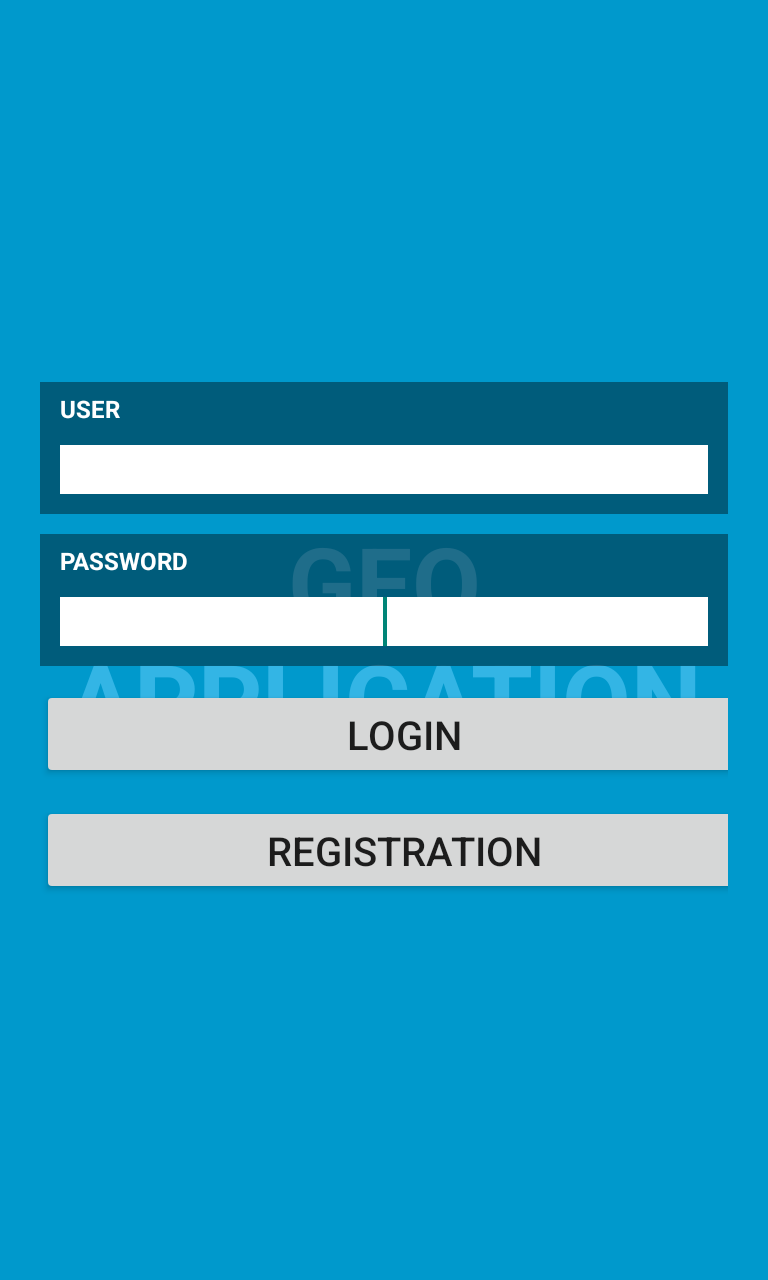
Repository: sebastianR1001/GeoApplication
Layout: GeoApplication/res/layout/login_fullscreen.xml
An editor plug-in stored every save of this project. The layout is shown before and after the next save, followed by the edit.
It is drawn on a 768 x 1280 px phone screen (xhdpi) without system bars, with theme AppTheme; the app's code is not run.

Above is the layout before, as saved 2014-10-31 21:31:56.

### GeoApplication/res/layout/login_fullscreen.xml
<FrameLayout xmlns:android="http://schemas.android.com/apk/res/android"
    xmlns:tools="http://schemas.android.com/tools"
    android:layout_width="match_parent"
    android:layout_height="match_parent"
    android:background="#0099cc"
    tools:context="geo.geoapplication.LoginActivity" >

   <TextView
        android:layout_width="match_parent"
        android:layout_height="match_parent"
        android:gravity="center"
        android:keepScreenOn="true"
        android:text="@string/geo_application"
        android:textColor="#33b5e5"
        android:textSize="50sp"
        android:textStyle="bold" />


   <TableLayout
        android:layout_width="wrap_content"
        android:layout_height="wrap_content"
        android:layout_gravity="center"
        android:orientation="vertical"
        android:layout_marginLeft="10dp"
        android:layout_marginRight="10dp"  >

        <TableRow
            android:id="@+id/tableRow1"
            android:layout_width="wrap_content"
            android:layout_height="wrap_content"
            >
            <LinearLayout
		        android:id="@+id/userLayout"
		        style="?metaButtonBarStyle"
		        android:layout_width="wrap_content"
		        android:layout_height="wrap_content"
		        android:layout_weight="5"
		        android:layout_marginLeft="10dp"
		        android:layout_marginRight="10dp"
		        android:background="@color/black_overlay"
		        android:orientation="vertical"
		        tools:ignore="UselessParent" >

			    <TextView
			        android:layout_width="match_parent"
			        android:layout_height="match_parent"
			        android:layout_marginTop="5dp"
			        android:layout_marginLeft="10dp"
			        android:text="@string/userText"
			        android:id="@+id/userText"
			        android:textColor="#ffffff"
			        android:textSize="12sp"
			        android:textStyle="bold" />

			    <EditText
			       android:id="@+id/userValue"
			       android:layout_width="match_parent"
			       android:layout_height="wrap_content"
			       android:gravity="center"
			       android:background="@color/white_overlay"
			       android:layout_marginRight="10dp"
		           android:layout_marginLeft="10dp"
			       android:layout_marginTop="10dp"
			       android:layout_marginBottom="10dp"
			       android:textColor="#000000"
			       android:ems="20" >

       				<requestFocus />
   				</EditText>
	        </LinearLayout>
        </TableRow>

        <TableRow
            android:id="@+id/tableRow2"
            android:layout_width="wrap_content"
            android:layout_height="wrap_content"
            android:layout_marginTop="10dp"
            >
            <LinearLayout
		        android:id="@+id/passwordLayout"
		        style="?metaButtonBarStyle"
		        android:layout_width="wrap_content"
		        android:layout_height="wrap_content"
		        android:layout_weight="5"
		        android:layout_marginLeft="10dp"
		        android:layout_marginRight="10dp"
		        android:background="@color/black_overlay"
		        android:orientation="vertical"
		        tools:ignore="UselessParent" >

			    <TextView
			        android:layout_width="match_parent"
			        android:layout_height="match_parent"
			        android:layout_marginTop="5dp"
			        android:layout_marginLeft="10dp"
			        android:text="@string/passwordText"
			        android:id="@+id/passwordText"
			        android:textColor="#ffffff"
			        android:textSize="12sp"
			        android:textStyle="bold" />

			    <EditText
			       android:id="@+id/passwordValue"
			       android:layout_width="match_parent"
			       android:layout_height="wrap_content"
			       android:gravity="center"
			       android:background="@color/white_overlay"
			       android:layout_marginRight="10dp"
		           android:layout_marginLeft="10dp"
			       android:layout_marginTop="10dp"
			       android:layout_marginBottom="10dp"
			       android:inputType="textPassword"
			       android:textColor="#000000"
			       android:ems="20" >

       				<requestFocus />
   				</EditText>
	        </LinearLayout>
        </TableRow>

        <TableRow
            android:id="@+id/tableRow3"
            android:layout_width="wrap_content"
            android:layout_height="wrap_content"
            android:layout_marginTop="10dp"
            android:layout_marginRight="10dp"
            >

            <Button
		        android:id="@+id/loginButton"
		        android:layout_width="wrap_content"
            	android:layout_height="wrap_content"
		        android:layout_marginLeft="10dp"
		        android:layout_marginRight="10dp"
		        android:textSize="20sp"
		        android:text="@string/loginButton" />
		</TableRow>

		<TableRow
            android:id="@+id/tableRow4"
            android:layout_width="wrap_content"
            android:layout_height="wrap_content"
            android:layout_marginTop="10dp"
            android:layout_marginRight="10dp"
            >

            <Button
		        android:id="@+id/newAccountButton"
		        android:layout_width="wrap_content"
            	android:layout_height="wrap_content"
		        android:layout_marginLeft="10dp"
		        android:layout_marginRight="10dp"
		        android:textSize="20sp"
		        android:text="@string/newAccountButton" />
		</TableRow>
    </TableLayout>
    <!--
         This FrameLayout insets its children based on system windows using
         android:fitsSystemWindows.
    -->

    <FrameLayout
        android:layout_width="match_parent"
        android:layout_height="match_parent"
        android:fitsSystemWindows="true" >

        <LinearLayout
            android:id="@+id/fullscreen_content_controls"
            style="?metaButtonBarStyle"
            android:layout_width="match_parent"
            android:layout_height="wrap_content"
            android:layout_gravity="bottom|center_horizontal"
            android:background="@color/black_overlay"
            android:orientation="horizontal"
            tools:ignore="UselessParent" >
        </LinearLayout>

        <requestFocus />


    </FrameLayout>


</FrameLayout>

### GeoApplication/res/values/strings.xml
<?xml version="1.0" encoding="utf-8"?>
<resources>

    <string name="app_name">GeoApplication</string>
    <string name="dummy_button">Dummy Button</string>
    <string name="dummy_content">DUMMY\nCONTENT</string>
    <string name="geo_application">GEO\nAPPLICATION</string>

    <string name="location">Location: ---</string>

    <string name="speedText">Speed</string>
    <string name="speed">0</string>
    <string name="speedUnit">km/h</string>

    <string name="time">00:00:00</string>
    <string name="timeText">Time</string>

    <string name="accuracy">Accuracy:</string>

    <string name="distance">0</string>
    <string name="distanceUnit">m</string>
    <string name="distanceText">Distance</string>

    <string name="altitude">0</string>
    <string name="altitudeUnit">AMSL</string>
    <string name="altitudeText">Altitude</string>

    <string name="last_fix">Last fix:</string>

    <string name="userText">USER</string>
    <string name="passwordText">PASSWORD</string>

    <string name="startButton">START</string>
    <string name="stopButton">STOP</string>
    <string name="resetButton">RESET</string>
    <string name="loginButton">LOGIN</string>
    <string name="newAccountButton">REGISTRATION</string>

    <string name="advancedText">ADVANCED</string>

</resources>

Loaded but not shown: GeoApplication/res/values/styles.xml (common file); GeoApplication/res/values-v11/styles.xml (common file); GeoApplication/res/values-v14/styles.xml (common file); GeoApplication/res/values/colors.xml (common file)

After the next save:
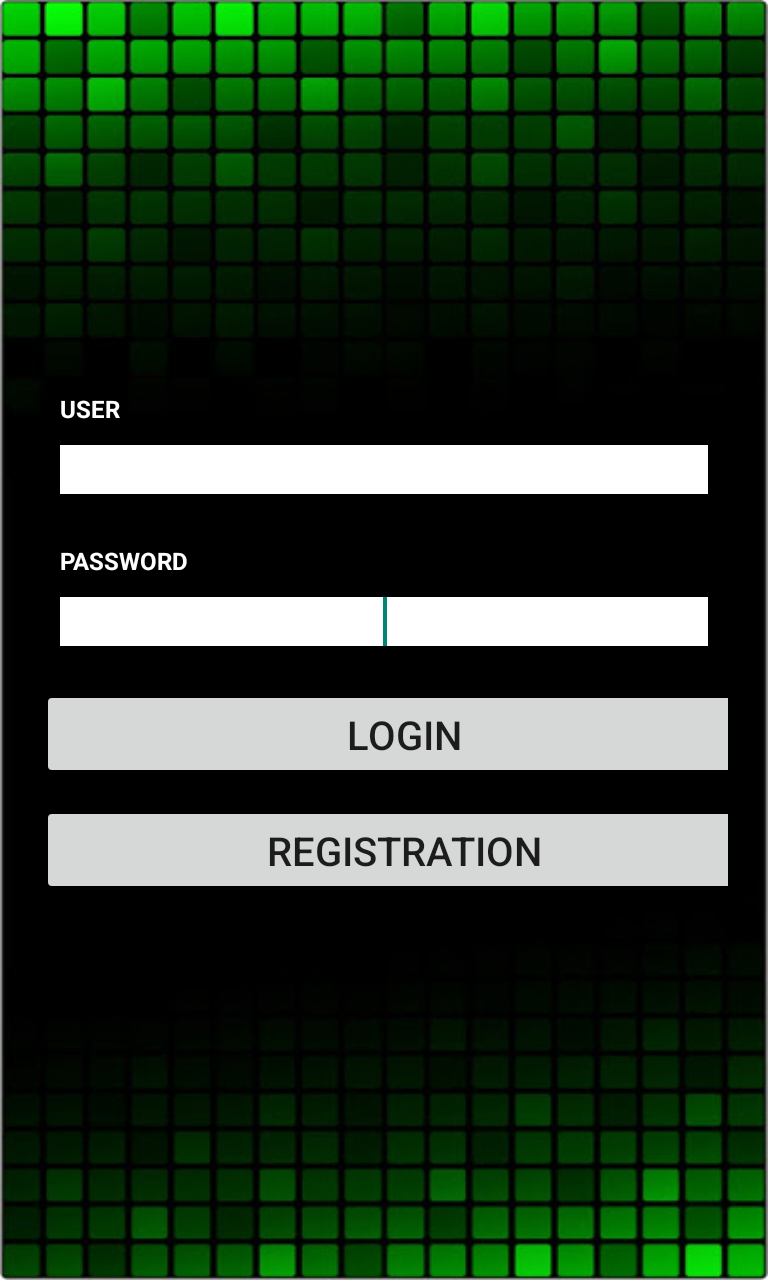
Saved 2 min 8 s later.
--- a/GeoApplication/res/layout/login_fullscreen.xml
+++ b/GeoApplication/res/layout/login_fullscreen.xml
@@ -2,7 +2,7 @@
     xmlns:tools="http://schemas.android.com/tools"
     android:layout_width="match_parent"
     android:layout_height="match_parent"
-    android:background="#0099cc"
+    android:background="@drawable/tlo"
     tools:context="geo.geoapplication.LoginActivity" >
 
    <TextView
@@ -10,8 +10,6 @@
         android:layout_height="match_parent"
         android:gravity="center"
         android:keepScreenOn="true"
-        android:text="@string/geo_application"
-        android:textColor="#33b5e5"
         android:textSize="50sp"
         android:textStyle="bold" />
 
